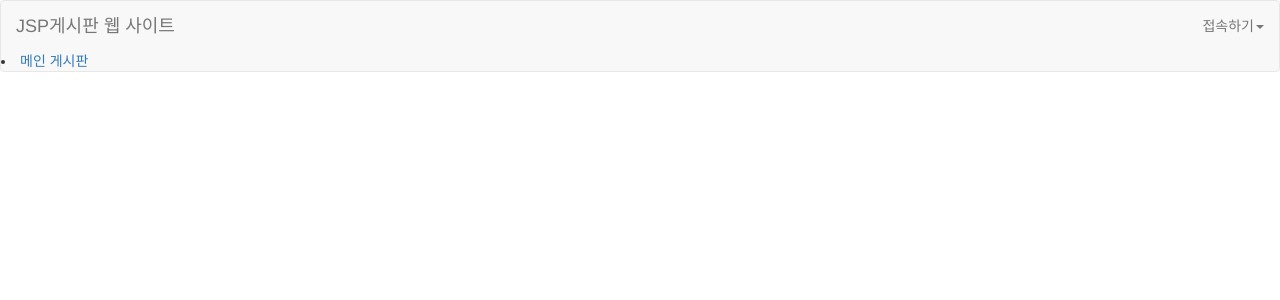
Repository: endol007/TripPuzzle
Page: http://localhost/BBS/main.jsp
These files come from the project's save history. The page is drawn as it stood at one moment and after the next save; the edit follows.
The browser window is 1280 px wide. The pictures show the whole page.
Some web libraries are served in a nearby version. The page is served by Tomcat 9. Other server files are loaded and not shown.

Above is the page before, as saved 2019-08-21 09:14:15.

### Yun/JSP 커뮤니티/Project/BBS/WebContent/main.jsp
<%@ page language="java"
contentType="text/html; charset=UTF-8" pageEncoding="UTF-8"%>
<%@ page import="java.io.PrintWriter" %>
<!DOCTYPE html>
<html>
<head>
<meta charset="UTF-8">
<meta name="viewport" content="width=device-width", initial-scale="1">
<link rel="stylesheet" href="css/bootstrap.css">
<title>로그인</title>
</head>
<body>
<%
String userID = null;
if(session.getAttribute("userID")!=null){
	userID = (String) session.getAttribute("userID");
}

%>
<nav class="navbar navbar-default">
<div class="navbar-header">
<button type="button" class="navbar-toggle collapsed"
data-toggle="collapse" data-target="#bs-example-navbar-collapse-1"
aria-expanded="false">
<span class="icon-bar"></span>
<span class="icon-bar"></span>
<span class="icon-bar"></span>
</button>
<a class="navbar-brand" href="main.jsp">JSP게시판 웹 사이트</a>
<li class="active"><a href="main.jsp">메인</a>
<a href="bbs.jsp">게시판</a></li>
</div>

<div class="collapse navbar-collapse" id="bs-example-navbar-collapse-1">
<ul class="nav navbar-nav">
</ul>
<%
	if(userID==null){
		%>
		<ul class="nav navbar-nav navbar-right">
<li class="dropdown">
<a href="#" class="dropdown-toggle"
data-toggle="dropdown" role="button" aria-haspopup="true"
aria-expanded="false">접속하기<span class="caret"></span></a>
<ul class="dropdown-menu">
<li><a href="login.jsp">로그인</a></li>
<li><a href="join.jsp">회원가입</a></li>
</ul>
</li></ul>
		<%
	} else{
		%>
		<ul class="nav navbar-nav navbar-right">
<li class="dropdown">
<a href="#" class="dropdown-toggle"
data-toggle="dropdown" role="button" aria-haspopup="true"
aria-expanded="false">회원관리<span class="caret"></span></a>
<ul class="dropdown-menu">
<li><a href="logoutAction.jsp">로그아웃</a></li>
</ul>
</li></ul>
		<%
	}
%>

</div>
</nav>
<script src="http://code.jquery.com/jquery-3.1.1.min.js"></script>
<script src=js/bootstrap.js></script>

</body>
</html>

Loaded but not shown: Yun/JSP 커뮤니티/Project/BBS/WebContent/css/bootstrap.css (library); Yun/JSP 커뮤니티/Project/BBS/WebContent/js/bootstrap.js (library)

After the next save:
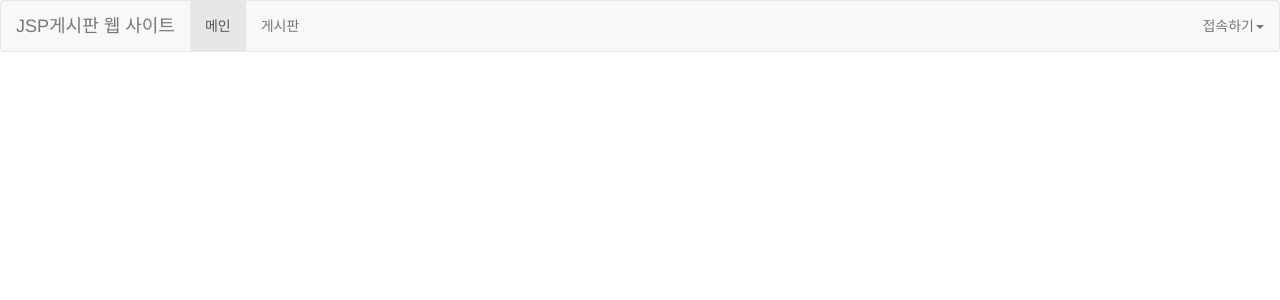
Saved 11 s later.
--- a/Yun/JSP 커뮤니티/Project/BBS/WebContent/main.jsp
+++ b/Yun/JSP 커뮤니티/Project/BBS/WebContent/main.jsp
@@ -27,12 +27,11 @@
 <span class="icon-bar"></span>
 </button>
 <a class="navbar-brand" href="main.jsp">JSP게시판 웹 사이트</a>
-<li class="active"><a href="main.jsp">메인</a>
-<a href="bbs.jsp">게시판</a></li>
 </div>
-
 <div class="collapse navbar-collapse" id="bs-example-navbar-collapse-1">
 <ul class="nav navbar-nav">
+<li class="active"><a href="main.jsp">메인</a></li>
+<li><a href="bbs.jsp">게시판</a></li>
 </ul>
 <%
 	if(userID==null){
